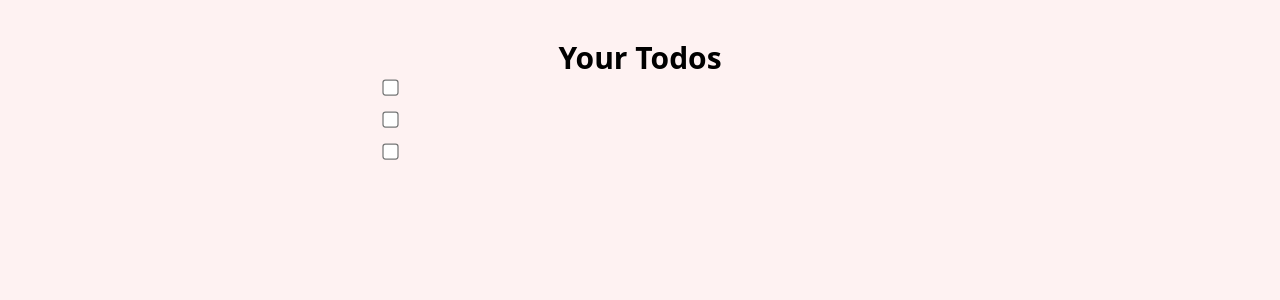
Repository: kocokoy/lodo-list-react-ts-tailwind
Page: /
An editor plug-in stored every save of this project. The page is shown before and after the next save, followed by the edit.
The browser window is 1280 px wide. The pictures show the whole page.
The project was rebuilt for these pictures with package versions that can differ from the ones it lists, and the page was loaded fresh each time. Also part of the build but not shown: vite.config.ts.

Above is the page before, as saved 2025-07-29 15:11:58.

After the next save:
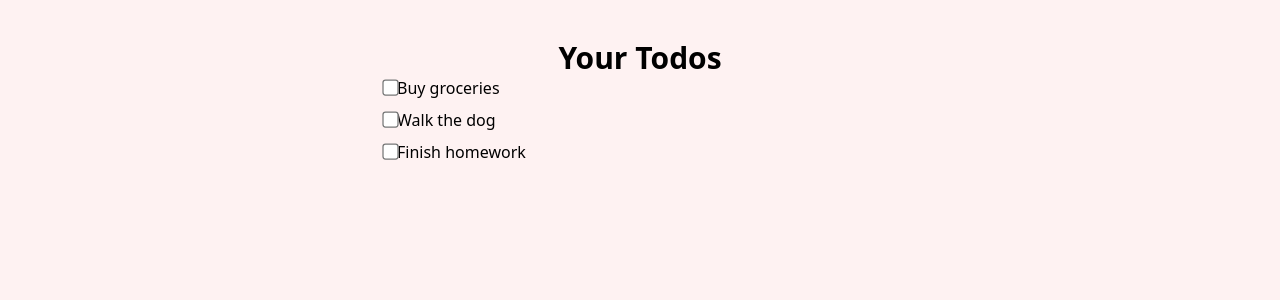
Saved 14 s later.
--- a/src/components/TodoItem.tsx
+++ b/src/components/TodoItem.tsx
@@ -12,6 +12,9 @@ export default function TodoItem({todo}: TodoItemProps){
         type="checkbox"
         className="scale-125"
         />
+        <span>
+          {todo.title}
+        </span>
       </label>
     </div>
   )
